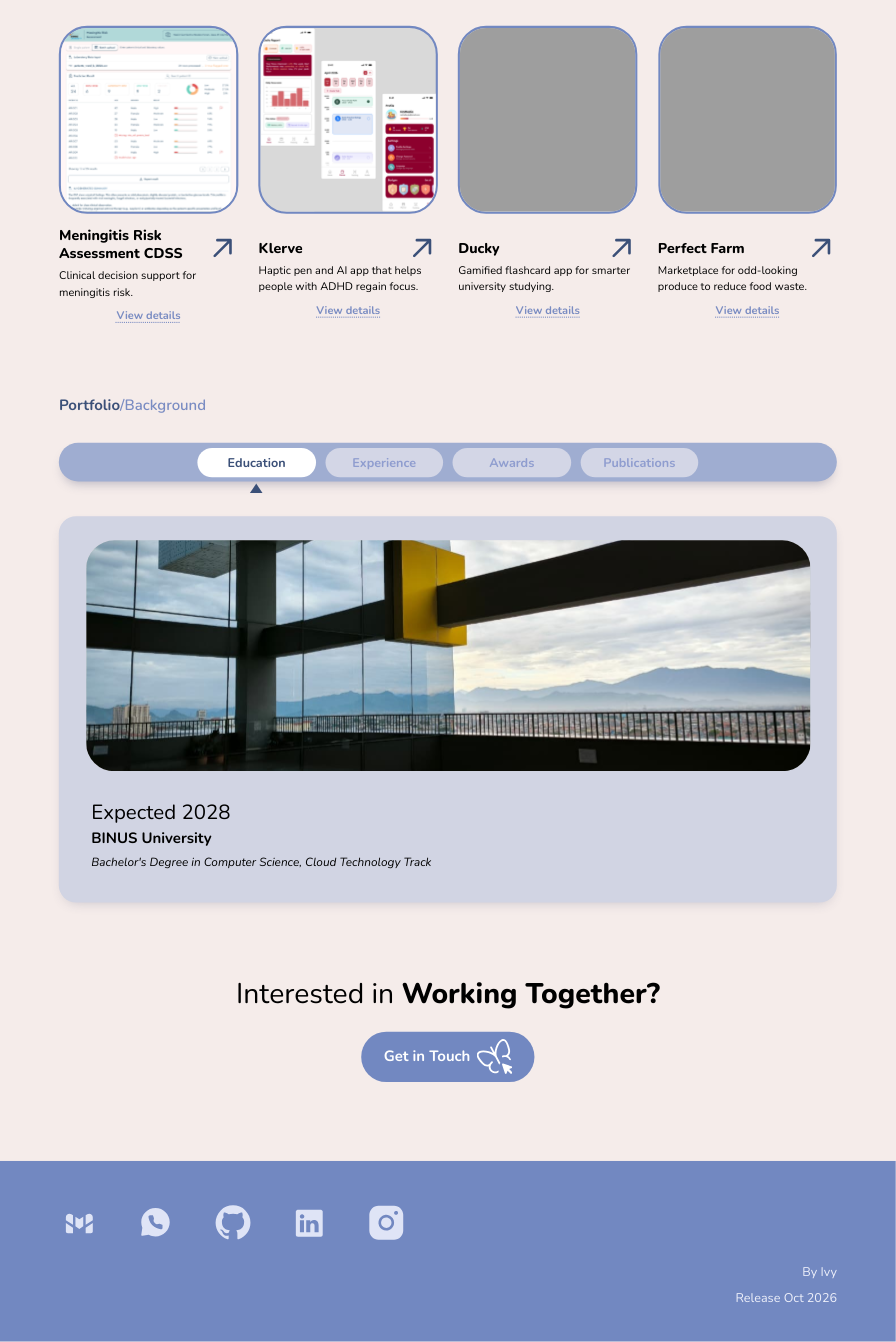
Repository: L-vy/L-vy
Page: /
The author's editor kept a copy of each file at every save. The page is drawn from the files as they stood at one save, then again after the next save.
The browser window is 1280 px wide. The pictures show the part of the page from y = 1307 to 3227 px (the page is 3224 px tall before and 3227 px after), at 70% of full size.
Pictures or frames that could not be fetched are drawn as grey boxes. Some web fonts or font styles are not loaded; a fallback is used. The project was rebuilt for these pictures with package versions that can differ from the ones it lists, and the page was loaded fresh each time. Also part of the build but not shown: vite.config.ts, src/components/ExperienceBinder.tsx, src/components/FolderCard.tsx, src/components/ProjectSidebar.tsx, src/pages/ProjectDetails.tsx.

Above is the page before, as saved 2026-10-07 21:56:09.

After the next save:
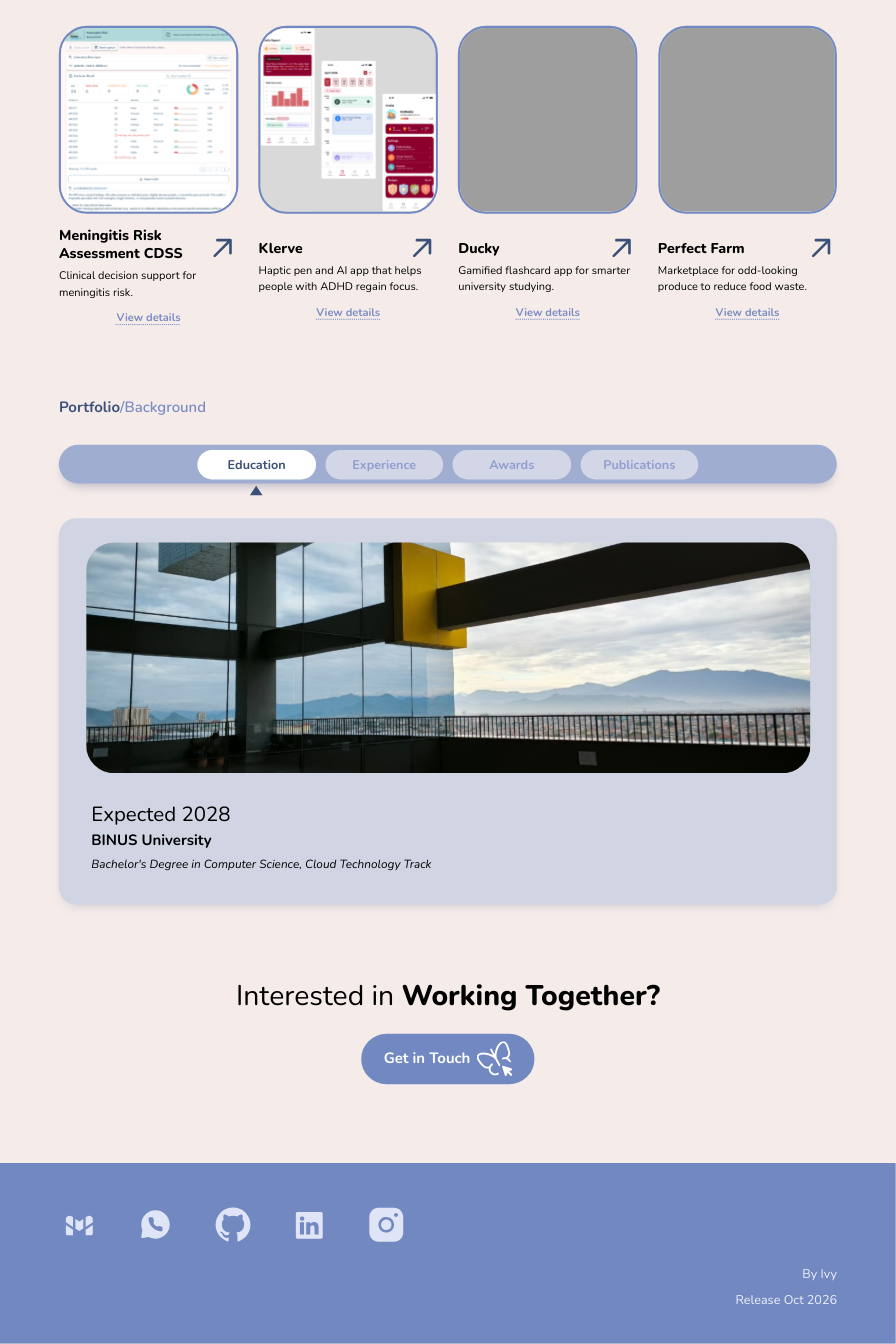
Saved 33 s later.
--- a/src/styles.css
+++ b/src/styles.css
@@ -58,7 +58,7 @@ h1{margin-top:0.25rem;font:400 2.5rem/1.35 'Playwrite US Modern','Nunito',cursiv
 .card-title .icon{flex:none}
 .clamp{font-size:1.125rem;font-weight:800;line-height:1.3;color:var(--txt);display:-webkit-box;-webkit-line-clamp:2;-webkit-box-orient:vertical;overflow:hidden; align-self:flex-end}
 .card-sum{font-size:0.875rem;line-height:1.5;margin-top:0.375rem}
-.card-links{margin-top:0.625rem; align-self:center;display:flex;gap:0.75rem;flex-wrap:wrap}
+.card-links{margin-top:0.625rem; align-self:center;flex-wrap:wrap}
 .card-links .link-dotted{color:var(--peri);font-size:0.875rem}
 .tabbar{position:relative;background:var(--bar);border-radius:62.4375rem;padding:0.375rem 0.5rem;display:flex;justify-content:center;gap:0.75rem;margin-top:2.125rem;box-shadow:0 0.5rem 0.875rem -0.375rem rgba(60,70,110,.35)}
 .tabwrap{position:relative;width:min(9.375rem,22%)}
